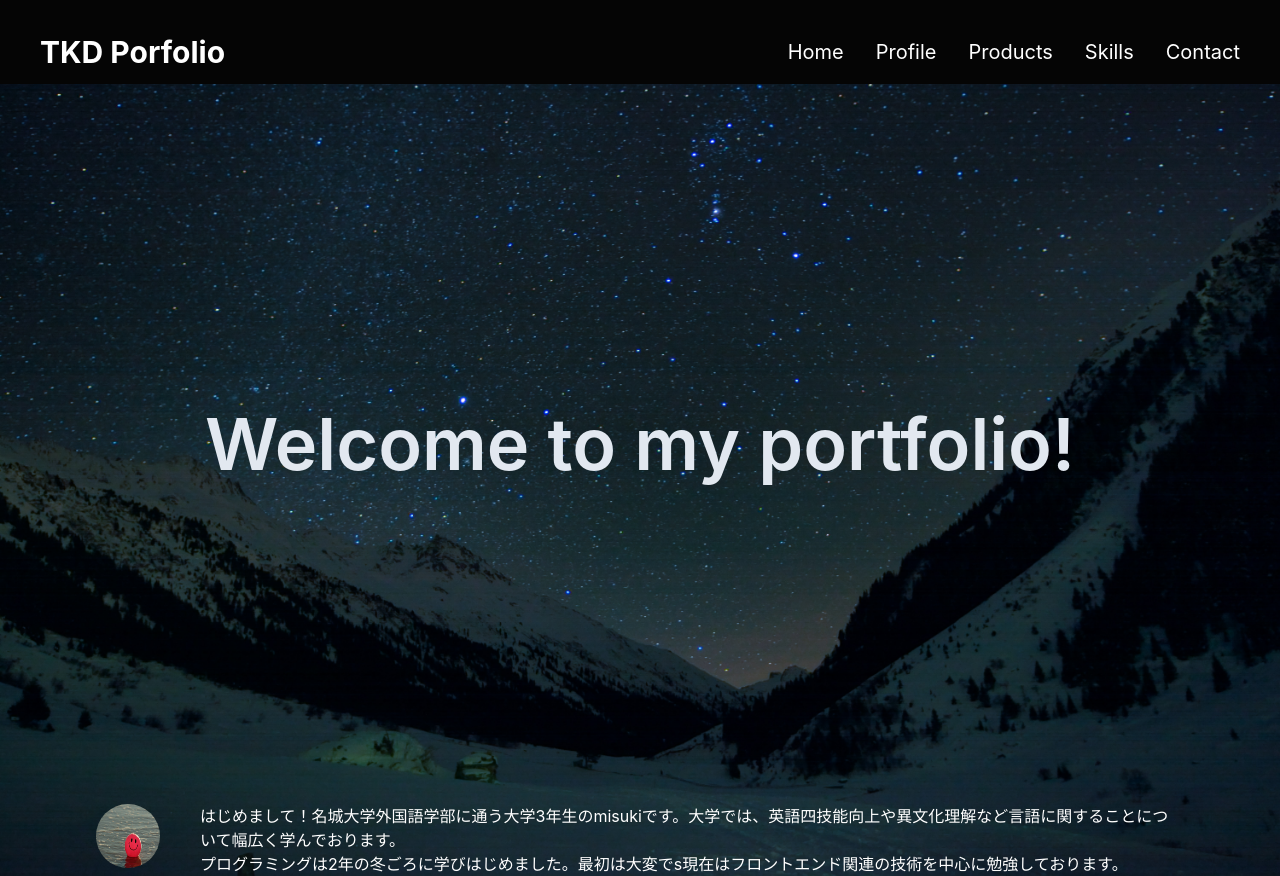
Repository: MitukiTakada/todo-aplication
Page: / (app in design/dev/react-tailwind/react-tailwind/)
These files come from the project's save history. The page is drawn as it stood at one moment and after the next save; the edit follows.
The browser window is 1280 px wide. The pictures show the whole page.
The project was rebuilt for these pictures with package versions that can differ from the ones it lists, and the page was loaded fresh each time. Also part of the build but not shown: design/dev/react-tailwind/react-tailwind/src/components/Contact.jsx, design/dev/react-tailwind/react-tailwind/src/components/Products.jsx, design/dev/react-tailwind/react-tailwind/src/components/Profile.jsx, design/dev/react-tailwind/react-tailwind/src/components/Skills.jsx.

Above is the page before, as saved 2022-11-19 14:53:35.

### design/dev/react-tailwind/react-tailwind/public/index.html
<!DOCTYPE html>
<html lang="en">
  <head>
    <meta charset="utf-8" />
    <link rel="icon" href="%PUBLIC_URL%/favicon.ico" />
    <meta name="viewport" content="width=device-width, initial-scale=1" />
    <meta name="theme-color" content="#000000" />
    <meta
      name="description"
      content="Web site created using create-react-app"
    />
    <link rel="apple-touch-icon" href="%PUBLIC_URL%/logo192.png" />
    <link rel ="stylesheet" href="https://cdnjs.cloudflare.com/ajax/libs/font-awesome/5.15.3/css/all.min.css">
    <!--
      manifest.json provides metadata used when your web app is installed on a
      user's mobile device or desktop. See https://developers.google.com/web/fundamentals/web-app-manifest/
    -->
    <link rel="manifest" href="%PUBLIC_URL%/manifest.json" />
    <!--
      Notice the use of %PUBLIC_URL% in the tags above.
      It will be replaced with the URL of the `public` folder during the build.
      Only files inside the `public` folder can be referenced from the HTML.

      Unlike "/favicon.ico" or "favicon.ico", "%PUBLIC_URL%/favicon.ico" will
      work correctly both with client-side routing and a non-root public URL.
      Learn how to configure a non-root public URL by running `npm run build`.
    -->
    <title>React App</title>
  </head>
  <body>
    <noscript>You need to enable JavaScript to run this app.</noscript>
    <div id="root"></div>
    <!--
      This HTML file is a template.
      If you open it directly in the browser, you will see an empty page.

      You can add webfonts, meta tags, or analytics to this file.
      The build step will place the bundled scripts into the <body> tag.

      To begin the development, run `npm start` or `yarn start`.
      To create a production bundle, use `npm run build` or `yarn build`.
    -->
  </body>
</html>

### design/dev/react-tailwind/react-tailwind/src/index.jsx
import React from 'react';
import ReactDOM from 'react-dom/client';
import './index.css';
import App from './App';
import reportWebVitals from './reportWebVitals';
import { BrowserRouter } from 'react-router-dom';
import { ChakraProvider } from '@chakra-ui/provider';

const root = ReactDOM.createRoot(document.getElementById('root'));
root.render(
  <React.StrictMode>
    <BrowserRouter>
        <ChakraProvider>
          <App />
        </ChakraProvider>
    </BrowserRouter>
  </React.StrictMode>
);

// If you want to start measuring performance in your app, pass a function
// to log results (for example: reportWebVitals(console.log))
// or send to an analytics endpoint. Learn more: https://bit.ly/CRA-vitals
reportWebVitals();

### design/dev/react-tailwind/react-tailwind/src/App.jsx
import { BrowserRouter, Routes, Route } from "react-router-dom";
import Contact from "./components/Contact";
import Header from "./components/Header";
import Home from "./components/Home";
import Products from "./components/Products";
import Profile from "./components/Profile";
import Skills from "./components/Skills";


function App() {
  return (
    <div className=" bg-body  text-white w-full sm:px-0 pt-5">
     <Header />
      <Routes>
        <Route path="/" element={<Home />}/>
        <Route path="/prfole" element={<Profile />}/>
        <Route path="products" element={<Products />}/>
        <Route path="/skills" element={<Skills />}/>
        <Route path="/contact" element={<Contact />}/>
      </Routes>
    </div>
  );
}

export default App;

### design/dev/react-tailwind/react-tailwind/src/components/Header.jsx
import React from 'react'
import { Link } from 'react-router-dom'
import "./output.css"
import Hamburger from './atoms/Hamburger'

const Header = () => {
  return (
    <header className="container flex justify-between  w-full items-center mr-0 relative h-16 px-10">
      <div>
        <h2 className="text-2xl font-bold md:text-3xl">TKD Porfolio</h2>
      </div>
      <nav className="flex space-x-8 text-xl ml-8 items-center hidden md:block">
        <Link to={"/"} className="link">Home</Link>
        <Link to={"/profile"} className="link">Profile</Link>
        <Link to={"/products"} className="link">Products</Link>
        <Link to={"/skills"} className="link">Skills</Link>
        <Link to={"/contact"} className="link">Contact</Link>
      </nav>
      <Hamburger className="md:hidden absolute right-3"/>
    </header>
  )
}

export default Header

### design/dev/react-tailwind/react-tailwind/src/components/Home.jsx
import React from 'react'
import mainImage from "../images/main-image.jpeg"
import "./Home.css";
import userImage from "../images/user.jpg"

const Home = () => {
  return (
    <div className="home ">
      <div className="items-center ">
        <h1 className=" font-semibold text-3xl 100v text-center text-slate-200 lg:text-7xl md:text-5xl">Welcome to my portfolio!</h1>
      </div>
      <div className="flex mx-auto px-24 space-x-10">
        <img src={userImage} alt="" className="h-16 w-16 rounded-full"/>
        <p>
          はじめまして！名城大学外国語学部に通う大学3年生のmisukiです。大学では、英語四技能向上や異文化理解など言語に関することについて幅広く学んでおります。
          <br />
          プログラミングは2年の冬ごろに学びはじめました。最初は大変でs現在はフロントエンド関連の技術を中心に勉強しております。
        </p>
      </div>
    </div>
  )
}

export default Home

### design/dev/react-tailwind/react-tailwind/src/components/output.css
.link {
  @apply hover:text-purple-400 transition-all duration-300;
}
.drawer-link {
  @apply hover:text-purple-400 transition-all duration-300 text-xl block text-center my-3;
}
.contact-btn {
  @apply bg-purple-500 font-bold text-xl px-3 py-2 rounded border-none hover:bg-purple-800 duration-300 transition-all mt-10
}
.secondary-title {
  @apply text-3xl font-bold;
}
.secondary-title::before {
  content: "";
  @apply block w-12 h-2 bg-purple-400 rounded-full mb-1;
}

.section-paragraph {
  @apply text-secondary my-6 w-full max-w-3xl
}

.badge {
  @apply px-4 py-2 text-sm rounded bg-badge block
}

.send-btn {
  @apply bg-teal-400 font-bold text-xl px-3 py-2 rounded border-none hover:bg-teal-600 duration-300 transition-all mt-10
}

### design/dev/react-tailwind/react-tailwind/src/components/atoms/Hamburger.jsx
import React from 'react'
import {
  Drawer,
  DrawerBody,
  DrawerOverlay,
  DrawerContent,
  DrawerCloseButton,
  useDisclosure,
  Button
} from '@chakra-ui/react'
import { Link } from 'react-router-dom';
import { HamburgerIcon } from '@chakra-ui/icons';

const Hamburger = () => {
  const { isOpen, onOpen, onClose } = useDisclosure()
  return (
    <div className="md:hidden">
        <HamburgerIcon h={30} w={30} className="hover:text-purple-400 duration-300 transition-all cursor-pointer"
        onClick={onOpen}
        />
        <Drawer isOpen={isOpen} onClose={onClose} placement="left" size="xs">
          <DrawerOverlay>
            <DrawerContent>
              <DrawerBody className="w-2/5 bg-slate-200 h-full p-12">
                <div className="z-20 space-y-5 text-xl">
                  <Link to={"/"} className="link drawer-link">Home</Link>
                  <Link to={"/profile"} className="link drawer-link">Profile</Link>
                  <Link to={"/products"} className="link drawer-link">Products</Link>
                  <Link to={"/skills"} className="link drawer-link">Skills</Link>
                  <Link to={"/contact"} className="link drawer-link">Contact</Link>
                  <DrawerCloseButton className="text-white text-md  p-2 rounded mt-15 mx-auto bg-red-400 transition-all duration-300 hover:bg-red-700 ">閉じる</DrawerCloseButton>
                </div>
              </DrawerBody>
            </DrawerContent>
          </DrawerOverlay>
        </Drawer>
      </div>
  )
}

export default Hamburger

### design/dev/react-tailwind/react-tailwind/src/components/Home.css
.home {
  background-image: url(../images/mountain.jpeg);
  background-position: center;
  background-size: cover;
  height: 100%;
  width: 100%;
}

.home h1 {
  line-height: 100vh;
  align-items: center;
}

### design/dev/react-tailwind/react-tailwind/tailwind.config.js
/** @type {import('tailwindcss').Config} */
module.exports = {
  content: [
    "./src/**/*.{js,jsx,ts,tsx}",
  ],
  theme: {
    extend: {

      colors: {
        body: "#050505",
        secondary: "#9191A4",
        badge: "#3F3F51"
      },
      lineHeight: {
        "100v": "100vh"
      }
    },
  },
  plugins: [],
}

Loaded but not shown: design/dev/react-tailwind/react-tailwind/src/index.css (common file); design/dev/react-tailwind/react-tailwind/src/reportWebVitals.js (common file)

After the next save:
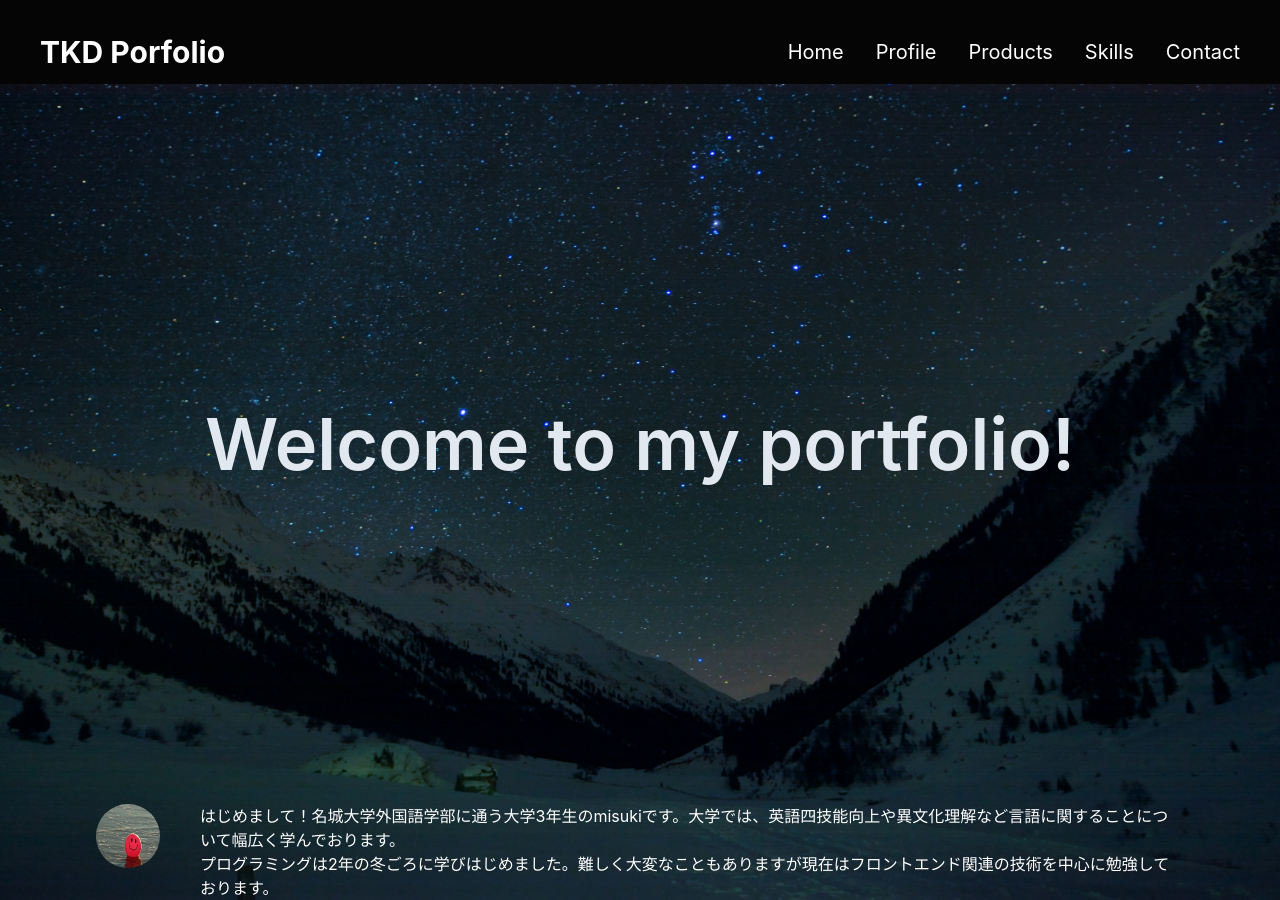
Saved 14 s later.
--- a/design/dev/react-tailwind/react-tailwind/src/components/Home.jsx
+++ b/design/dev/react-tailwind/react-tailwind/src/components/Home.jsx
@@ -14,7 +14,7 @@ const Home = () => {
         <p>
           はじめまして！名城大学外国語学部に通う大学3年生のmisukiです。大学では、英語四技能向上や異文化理解など言語に関することについて幅広く学んでおります。
           <br />
-          プログラミングは2年の冬ごろに学びはじめました。最初は大変でs現在はフロントエンド関連の技術を中心に勉強しております。
+          プログラミングは2年の冬ごろに学びはじめました。難しく大変なこともありますが現在はフロントエンド関連の技術を中心に勉強しております。
         </p>
       </div>
     </div>
